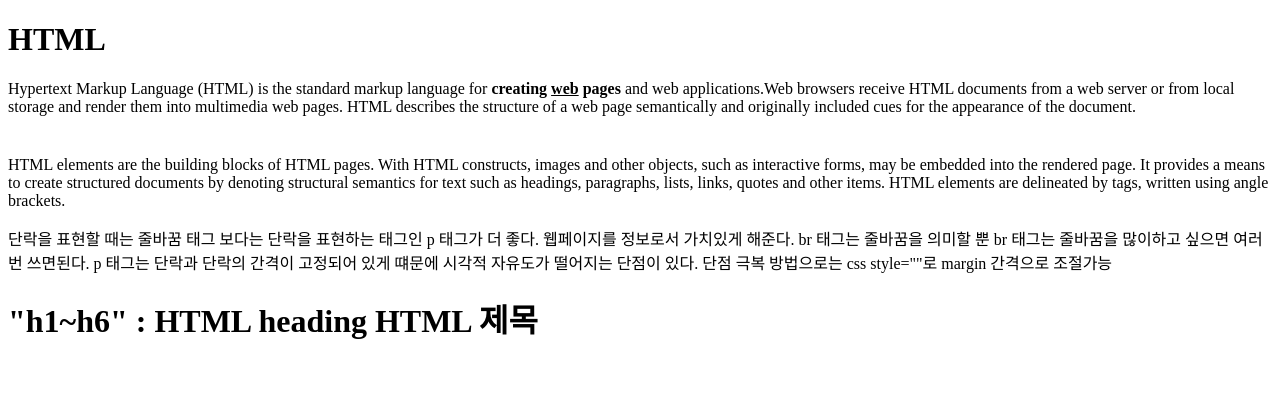
Repository: winterer4/Web-1
Page: HTML5/1.html
The author's editor kept a copy of each file at every save. The page is drawn from the files as they stood at one save, then again after the next save.
The browser window is 1280 px wide. The pictures show the whole page.

Above is the page before, as saved 2018-10-25 06:53:16.

After the next save:
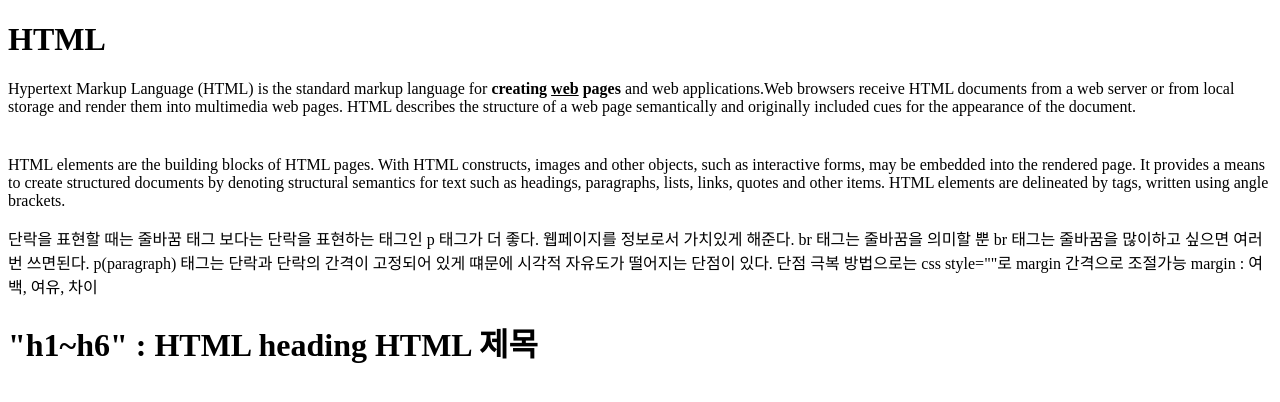
Saved 117 s later.
--- a/HTML5/1.html
+++ b/HTML5/1.html
@@ -13,8 +13,9 @@
 웹페이지를 정보로서 가치있게 해준다.
 br 태그는 줄바꿈을 의미할 뿐
 br 태그는 줄바꿈을 많이하고 싶으면 여러번 쓰면된다.
-p 태그는 단락과 단락의 간격이 고정되어 있게 떄문에 시각적 자유도가 떨어지는 단점이 있다.
+p(paragraph) 태그는 단락과 단락의 간격이 고정되어 있게 떄문에 시각적 자유도가 떨어지는 단점이 있다.
 단점 극복 방법으로는 css style=""로 margin 간격으로 조절가능
+margin : 여백, 여유, 차이
 </body>
 
 <h1>"h1~h6" : HTML heading HTML 제목 </h1>
